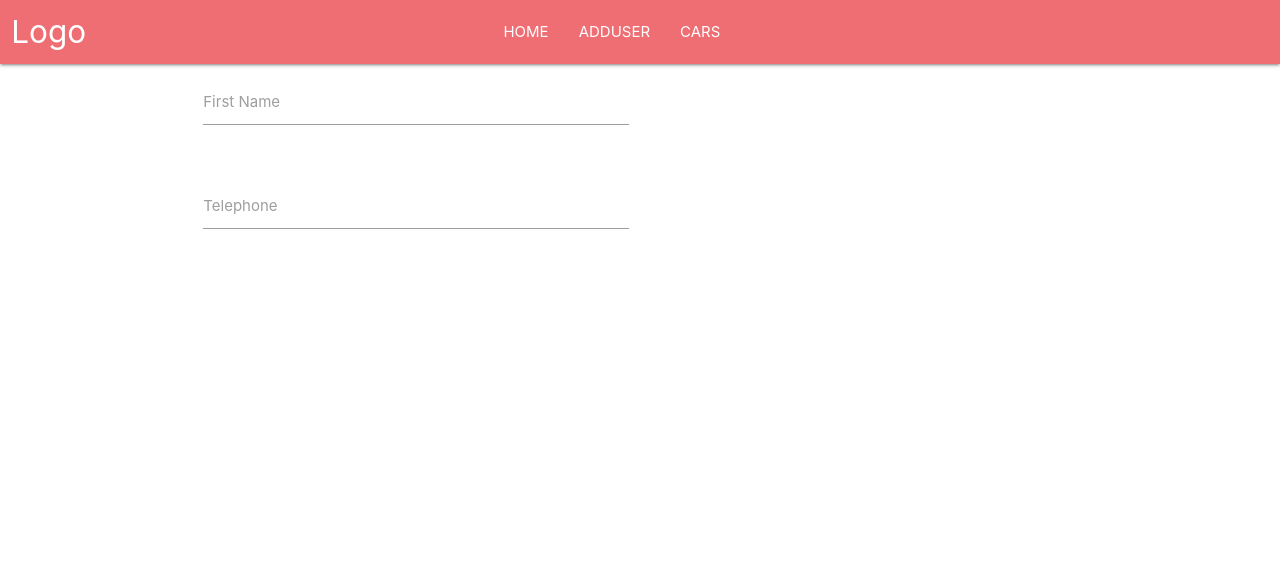
Repository: JenyaIII-sudo/Cars
Page: /Add
These files come from the project's save history. The page is drawn as it stood at one moment and after the next save; the edit follows.
The browser window is 1280 px wide. The pictures show the whole page.
The project was rebuilt for these pictures with package versions that can differ from the ones it lists, and the page was loaded fresh each time. Also part of the build but not shown: src/App.css, src/Components/Home.js. Imported but missing from the stored project, and not drawn on this page: src/Components/Cars.

Above is the page before, as saved 2019-11-24 15:42:36.

### public/index.html
<!DOCTYPE html>
<html lang="en">
  <head>
    <meta charset="utf-8" />
    <link rel="icon" href="%PUBLIC_URL%/favicon.ico" />
    <meta name="viewport" content="width=device-width, initial-scale=1" />
    <meta name="theme-color" content="#000000" />
    <meta
      name="description"
      content="Web site created using create-react-app"
    />
    <link rel="apple-touch-icon" href="logo192.png" />

    <link rel="manifest" href="%PUBLIC_URL%/manifest.json" />
    <link
      rel="stylesheet"
      href="https://cdnjs.cloudflare.com/ajax/libs/materialize/1.0.0/css/materialize.min.css"
    />
    <link
      href="https://fonts.googleapis.com/icon?family=Material+Icons"
      rel="stylesheet"
    />
    <title>React App</title>
  </head>
  <body>
    <noscript>You need to enable JavaScript to run this app.</noscript>
    <div id="root"></div>
    <script src="https://cdnjs.cloudflare.com/ajax/libs/materialize/1.0.0/js/materialize.min.js"></script>
  </body>
</html>

### src/App.js
import React from "react";
import "./App.css";
import NavBar from "./Components/NavBar";
import { BrowserRouter as Router, Route } from "react-router-dom";
import Cars from "./Components/Cars";
import Home from "./Components/Home";
import AddUser from "./Components/AddUser";

function App() {
  return (
    <Router>
      <div className="row container-fluid">
        <NavBar />
        <Route path="/Home" component={Home} />
        <Route path="/Add" component={AddUser} />
        <Route path="/Cars" component={Cars} />
      </div>
    </Router>
  );
}

export default App;

### src/Components/NavBar.js
import React from "react";
import { Link } from "react-router-dom";

const NavBar = () => {
  return (
    <nav>
      <div className="nav-wrapper col s7">
        <a href="#" className="brand-logo">
          Logo
        </a>
        <ul id="nav-mobile" className="right hide-on-med-and-down">
          <li>
            <Link to="/Home">HOME</Link>
          </li>
          <li>
            <Link to="/Add">ADDUSER</Link>
          </li>
          <li>
            <Link to="/Cars">CARS</Link>
          </li>
        </ul>
      </div>
    </nav>
  );
};

export default NavBar;

### src/Components/AddUser.js
import React from "react";

const AddUser = () => {
  return (
    <div className="container">
      <form className="col s6">
        <div className="row">
          <div className="input-field col s12">
            <input id="icon_prefix" type="text" className="validate" />
            <label for="icon_prefix">First Name</label>
          </div>
        </div>
        <div className="row">
          <div className="input-field col s12">
            <input id="icon_telephone" type="tel" className="validate" />
            <label for="icon_telephone">Telephone</label>
          </div>
        </div>
      </form>
    </div>
  );
};

export default AddUser;

Loaded but not shown: src/index.js (common file); src/index.css (common file)

After the next save:
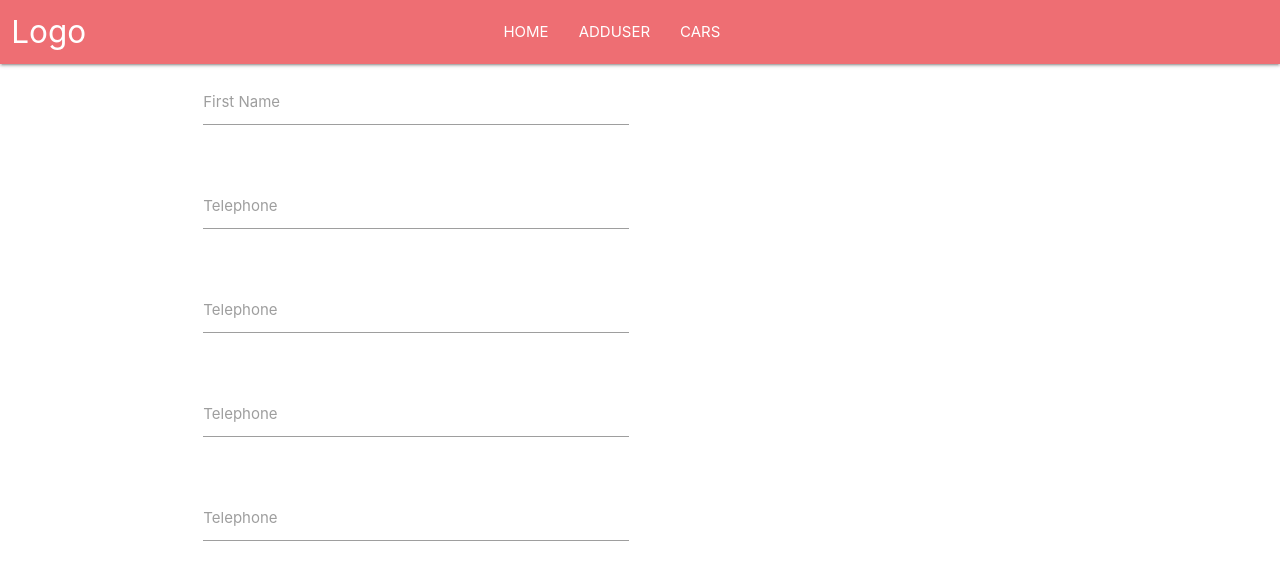
Saved 49 s later.
--- a/src/Components/AddUser.js
+++ b/src/Components/AddUser.js
@@ -16,6 +16,24 @@ const AddUser = () => {
             <label for="icon_telephone">Telephone</label>
           </div>
         </div>
+        <div className="row">
+          <div className="input-field col s12">
+            <input id="icon_telephone" type="tel" className="validate" />
+            <label for="icon_telephone">Telephone</label>
+          </div>
+        </div>
+        <div className="row">
+          <div className="input-field col s12">
+            <input id="icon_telephone" type="tel" className="validate" />
+            <label for="icon_telephone">Telephone</label>
+          </div>
+        </div>
+        <div className="row">
+          <div className="input-field col s12">
+            <input id="icon_telephone" type="tel" className="validate" />
+            <label for="icon_telephone">Telephone</label>
+          </div>
+        </div>
       </form>
     </div>
   );
